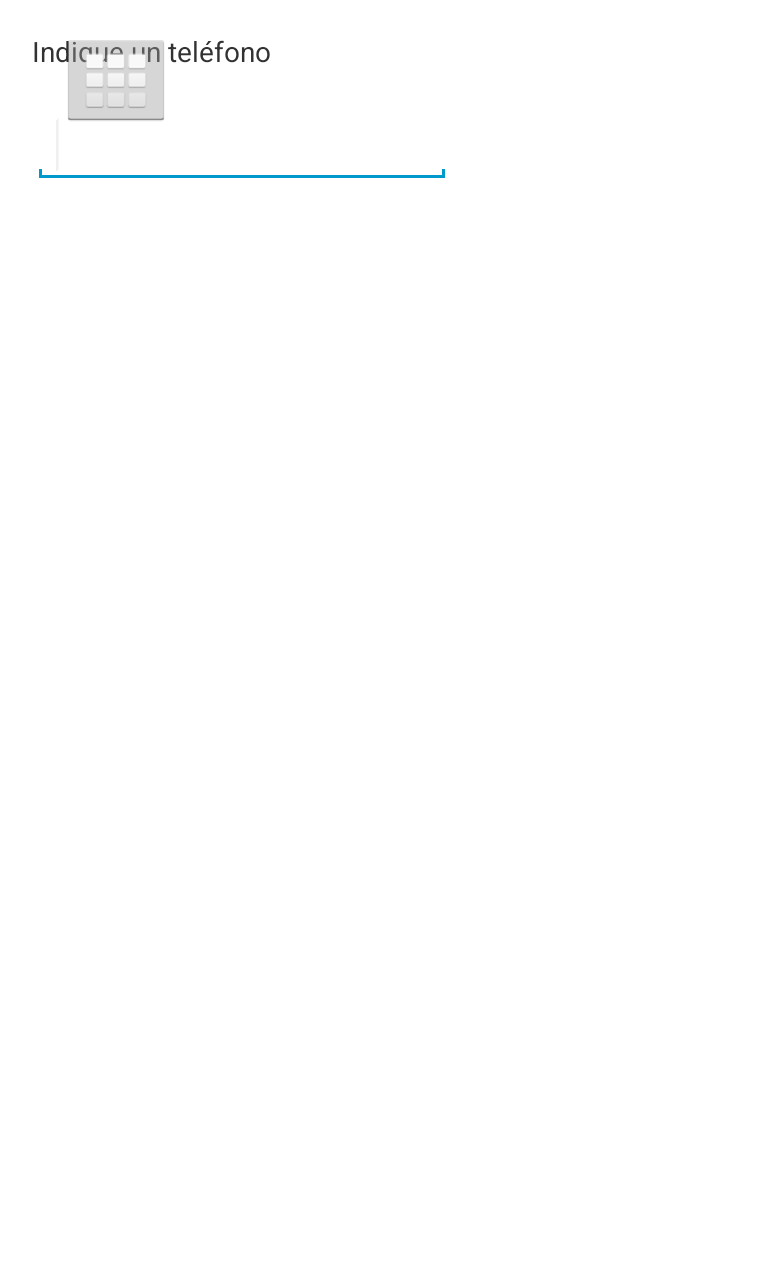
Repository: paullfull21/pmdm
Layout: RealizarLlamada/res/layout/activity_llamada.xml
An editor plug-in stored every save of this project. The layout is shown before and after the next save, followed by the edit.
It is drawn on a 768 x 1280 px phone screen (xhdpi) without system bars, with theme AppTheme; the app's code is not run.

Above is the layout before, as saved 2013-10-02 12:05:36.

After the next save:
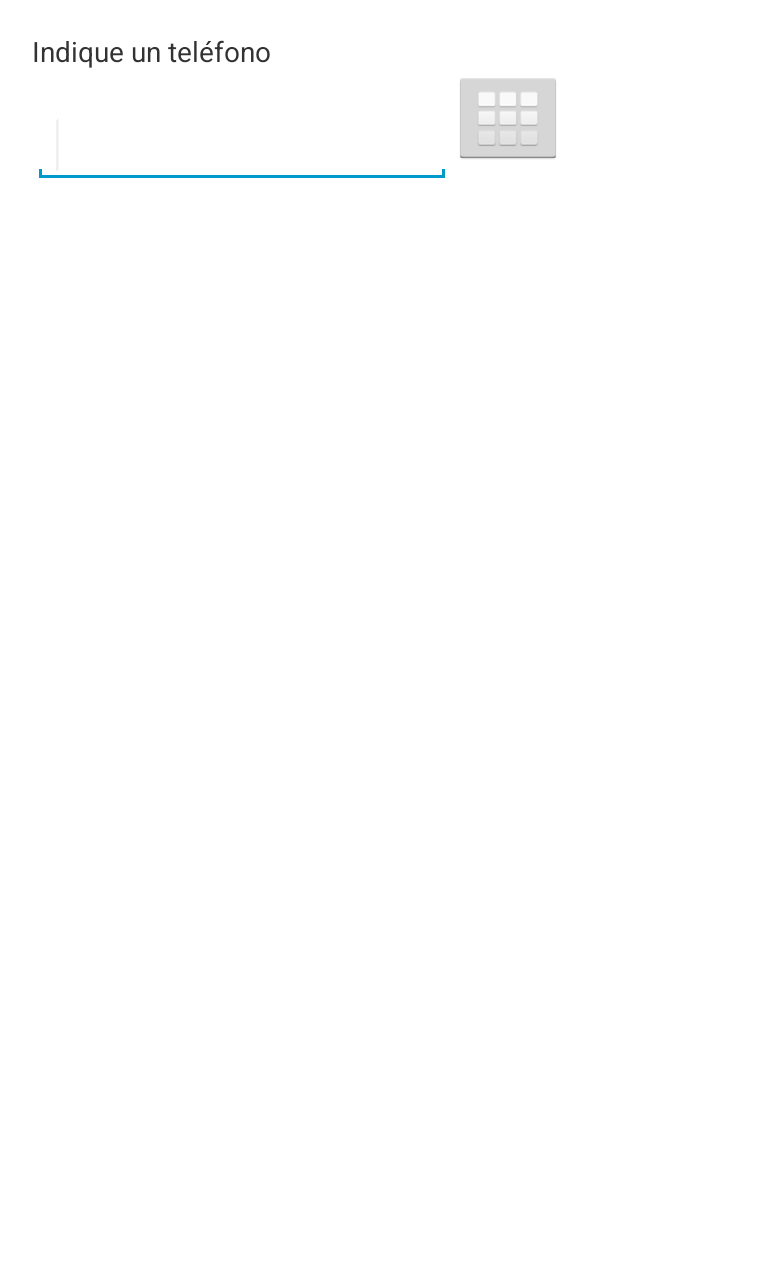
Saved 15 s later.
--- a/RealizarLlamada/res/layout/activity_llamada.xml
+++ b/RealizarLlamada/res/layout/activity_llamada.xml
@@ -27,14 +27,12 @@
         <requestFocus />
     </EditText>
 
-
     <ImageButton
         android:id="@+id/buttonDial"
         android:layout_width="wrap_content"
         android:layout_height="wrap_content"
-        android:layout_alignTop="@+id/buttonCall"
-        android:layout_marginLeft="14dp"
-        android:layout_toRightOf="@+id/buttonCall"
+        android:layout_below="@+id/textViewTfnoLabel"
+        android:layout_toRightOf="@+id/phoneNumber"
         android:src="@android:drawable/ic_dialog_dialer" />
 
 </RelativeLayout>
